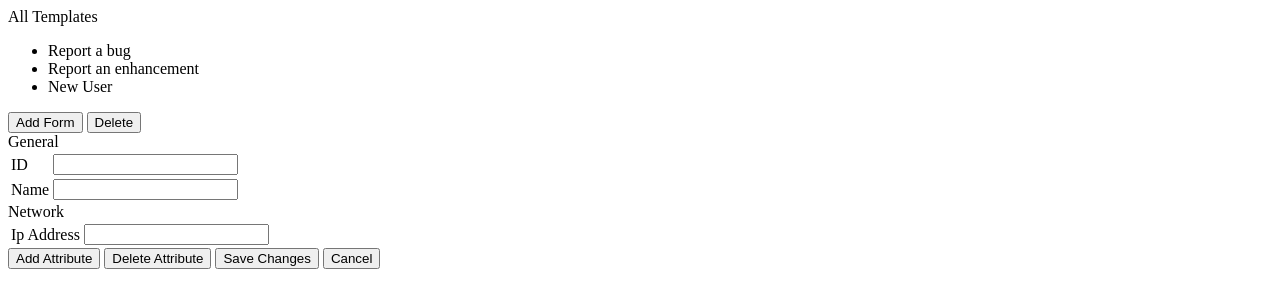
Repository: joliest/MyGits
Page: http://localhost/MiniTracker/Template.jsp
These files come from the project's save history. The page is drawn as it stood at one moment and after the next save; the edit follows.
The browser window is 1280 px wide. The pictures show the whole page.
Some web libraries are served in a nearby version. The page is served by Tomcat 9. Other server files are loaded and not shown.

Above is the page before, as saved 2017-12-06 13:27:46.

### Java/Project_JIRA/MiniTracker/WebContent/Template.jsp
<html>
	<head>
		<title>Template Page</title>
		<script src="https://ajax.googleapis.com/ajax/libs/jquery/3.2.1/jquery.min.js"></script>
		<script src="js/Template.js"></script>
	</head>
	<body>
		<p> All Templates </p>
		<ul>
			<li>Report a bug</li>
			<li>Report an enhancement</li>
			<li>New User</li>
		</ul>

		<input type="button" id="addTemplateForm" value="Add Form">
		<input type="button" value="Delete">

		<br>

		<table>General
			<tr>
				<td> ID </td>
				<td><input type="text"></td>
			</tr>
			<tr>
				<td> Name </td>
				<td><input type="text"></td>
			</tr>
		</table>
		<table>Network
			<tr>
				<td> Ip Address </td>
				<td><input type="text"></td>
			</tr>
		</table>

		<input type="button" value="Add Attribute">
		<input type="button" value="Delete Attribute">
		<input type="button" value="Save Changes">
		<input type="button" value="Cancel">

	</body>
</html>

### Java/Project_JIRA/MiniTracker/WebContent/js/Template.js
$(document).ready(function() {

})

After the next save:
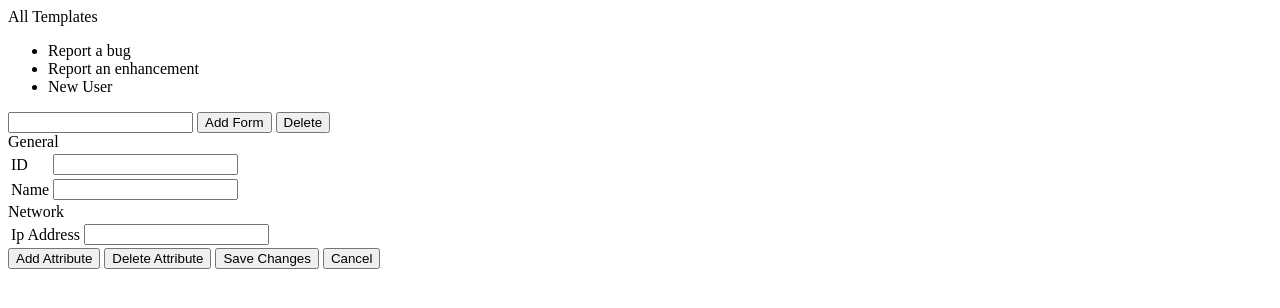
Saved 106 s later.
--- a/Java/Project_JIRA/MiniTracker/WebContent/Template.jsp
+++ b/Java/Project_JIRA/MiniTracker/WebContent/Template.jsp
@@ -12,7 +12,8 @@
 			<li>New User</li>
 		</ul>
 
-		<input type="button" id="addTemplateForm" value="Add Form">
+		<input type="text" id="addTemplateText">
+		<input type="button" id="addTemplateButton" value="Add Form">
 		<input type="button" value="Delete">
 
 		<br>
